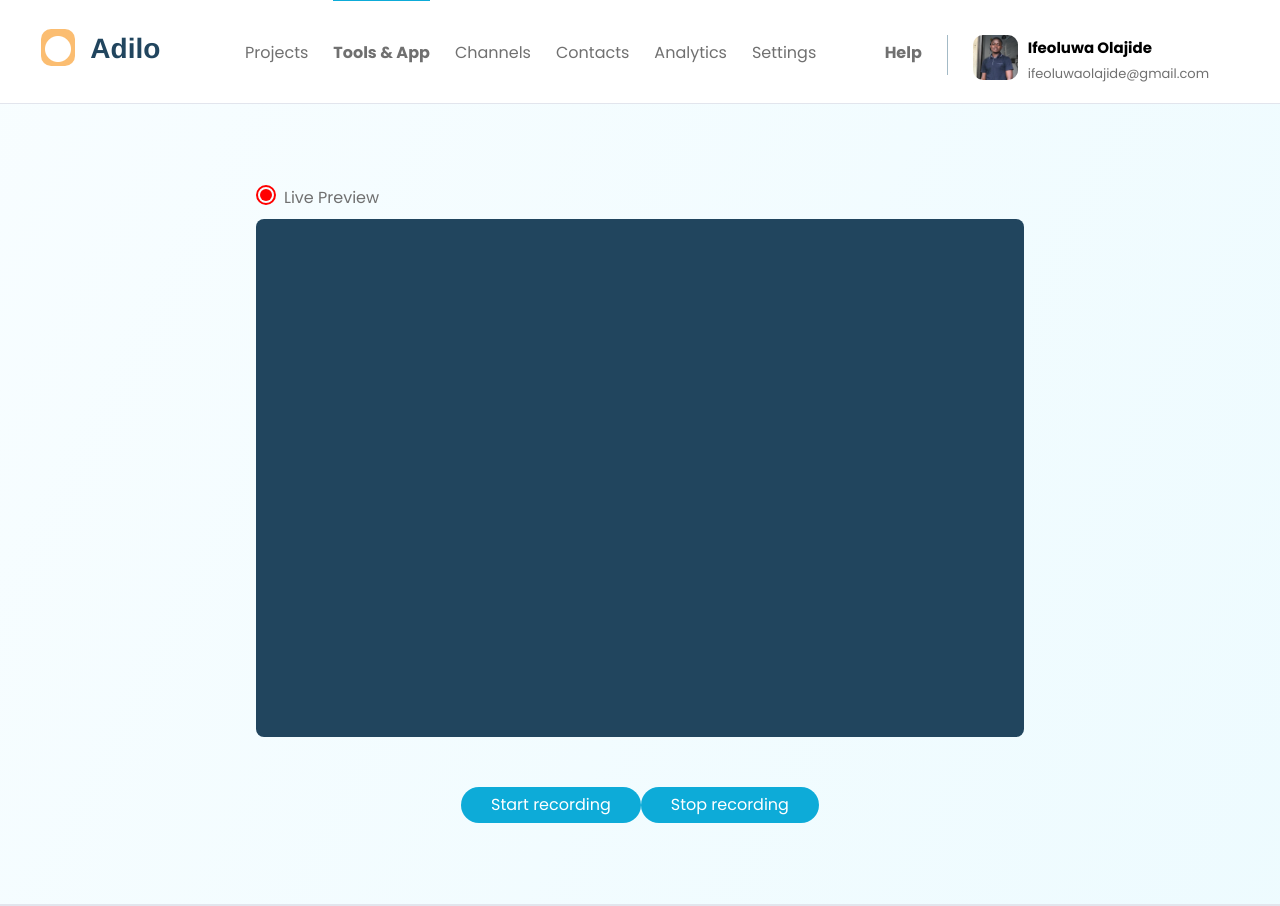
Repository: olhighjay/video_recorder
Page: /
These files come from the project's save history. The page is drawn as it stood at one moment and after the next save; the edit follows.
The browser window is 1280 px wide. The pictures show the whole page.
The page's requests for data from a server got no answer. Some web libraries are served in a nearby version. The project was rebuilt for these pictures with package versions that can differ from the ones it lists, and the page was loaded fresh each time. No one was signed in, and anything a server would have sent is missing. Also part of the build but not shown: vue.config.js, src/components/DataTable.vue, src/components/EmptyRecorded.vue.

Above is the page before, as saved 2022-07-29 16:56:41.

### public/index.html
<!DOCTYPE html>
<html lang="">
  <head>
    <meta charset="utf-8">
    <meta http-equiv="X-UA-Compatible" content="IE=edge">
    <meta name="viewport" content="width=device-width,initial-scale=1.0">
    <link rel="icon" href="<%= BASE_URL %>favicon.ico">
    <title><%= htmlWebpackPlugin.options.title %></title>
    <link rel="stylesheet" href="https://cdn.jsdelivr.net/npm/bootstrap@4.0.0/dist/css/bootstrap.min.css" integrity="sha384-Gn5384xqQ1aoWXA+058RXPxPg6fy4IWvTNh0E263XmFcJlSAwiGgFAW/dAiS6JXm" crossorigin="anonymous">
    <link rel="stylesheet" href="https://cdnjs.cloudflare.com/ajax/libs/font-awesome/6.1.2/css/all.min.css" integrity="sha512-1sCRPdkRXhBV2PBLUdRb4tMg1w2YPf37qatUFeS7zlBy7jJI8Lf4VHwWfZZfpXtYSLy85pkm9GaYVYMfw5BC1A==" crossorigin="anonymous" referrerpolicy="no-referrer" />
  </head>
  <body>
    <noscript>
      <strong>We're sorry but <%= htmlWebpackPlugin.options.title %> doesn't work properly without JavaScript enabled. Please enable it to continue.</strong>
    </noscript>
    <div id="app"></div>
    <!-- built files will be auto injected -->

    <script src="https://cdnjs.cloudflare.com/ajax/libs/font-awesome/6.1.2/js/all.min.js" integrity="sha512-8pHNiqTlsrRjVD4A/3va++W1sMbUHwWxxRPWNyVlql3T+Hgfd81Qc6FC5WMXDC+tSauxxzp1tgiAvSKFu1qIlA==" crossorigin="anonymous" referrerpolicy="no-referrer"></script>
    <script src="https://code.jquery.com/jquery-3.2.1.slim.min.js" integrity="sha384-KJ3o2DKtIkvYIK3UENzmM7KCkRr/rE9/Qpg6aAZGJwFDMVNA/GpGFF93hXpG5KkN" crossorigin="anonymous"></script>
    <script src="https://cdn.jsdelivr.net/npm/popper.js@1.12.9/dist/umd/popper.min.js" integrity="sha384-ApNbgh9B+Y1QKtv3Rn7W3mgPxhU9K/ScQsAP7hUibX39j7fakFPskvXusvfa0b4Q" crossorigin="anonymous"></script>
    <script src="https://cdn.jsdelivr.net/npm/bootstrap@4.0.0/dist/js/bootstrap.min.js" integrity="sha384-JZR6Spejh4U02d8jOt6vLEHfe/JQGiRRSQQxSfFWpi1MquVdAyjUar5+76PVCmYl" crossorigin="anonymous"></script>
  </body>
</html>

### src/App.vue
<template>
  <div>
    <navbar></navbar>
    <div id="main-flex">
      <div v-if="false" class="my-sidebar">
        <ul class="my-sidebar-items">
            <li class="sidebar-item-active"> <img src="./assets/video-player.png" alt=""> &nbsp; My Recordings</li>
            <li> <i class="fa fa-share-alt" style="color:#102346"></i> &nbsp; Requested</li>
        </ul>
      </div>
      <div v-if="false" class="my-main">
        <div class="my-main-container">
          <div><small class="breadcrumbs">Snapbyte <i class="fa fa-angle-right" style="font-weight:200"></i> My Recordings</small></div>
          <div class="subheading-tab">
            <div> <span class="my-recordings">My Recordings </span><span class="my-recordings-count">25</span> </div>
            <div>
              <button class="sub-heading-btn white-btn">
                <i class="fa fa-long-arrow-down" aria-hidden="true"></i>
                <i class="fa fa-long-arrow-up" aria-hidden="true"></i>
                By Date
              </button>
              <button class="sub-heading-btn white-btn">
                <i class="fa-solid fa-filter"></i>
                Add Filter
              </button>
              <button class="sub-heading-btn blue-btn">
                <i class="fa fa-video"></i>
                New Request
              </button>
              <button class="sub-heading-btn red-btn">
                <span class="rec">REC</span>
                Start Recording
              </button>
            </div>
          </div>

          <empty-recorded></empty-recorded>

          <data-table v-if="true"></data-table>
          <!-- Button trigger modal -->
<button type="button" class="btn btn-primary" data-toggle="modal" data-target="#recordOptions">
Launch demo modal
</button>

<!-- Modal -->
<div class="modal fade" id="recordOptions" tabindex="-1" role="dialog" aria-labelledby="recordOptions" aria-hidden="true">
<div class="modal-dialog modal-dialog-centered" role="document">
  <div class="modal-content">
    <div class="modal-header">
      <h5 class="my-modal-title">New Recording</h5>
      <button type="button" class="close" data-dismiss="modal" aria-label="Close">
        <span aria-hidden="true"><i class="fa fa-xmark"></i></span>
      </button>
    </div>
    <div class="modal-body">
      <p class="save-in">Save the recording in</p>
      <div>
        <select class="save-option">
          <Option value="" key="">Select a project</Option>
          <Option value="" key="">Project 1</Option>
          <Option value="" key="">Project 2</Option>
          <Option value="" key="">Project 3</Option>
          <Option value="" key="">Project 4</Option>
        </select>
      </div>
      <div style="margin-top: 35px;">
        <div class="record">
          <div class="record-name">Record screen</div>
          <div class="record-switch">
            <label class="switch">
              <input type="checkbox">
              <span class="slider round"></span>
            </label>
          </div>
        </div>
        <div class="record">
          <div class="record-name">Record camera</div>
          <div class="record-switch">
            <label class="switch">
              <input type="checkbox">
              <span class="slider round"></span>
            </label>
          </div>
        </div>
        <div class="record">
          <div class="record-name">Record mic</div>
          <div class="record-switch">
            <label class="switch">
              <input type="checkbox">
              <span class="slider round"></span>
            </label>
          </div>
        </div>
      </div>
    </div>
    <div class="text-center">
      <button type="button" class="start-recording-btn">Start Recording</button>
    </div>
  </div>
</div>
</div>
        </div>
      </div>
    </div>
    <div class="record-page">
      <div class="view-frame-wrapper">
        <div class="d-flex mb-2">
          <div class="live-icon-wrapper">
            <div class="live-icon" ></div>
          </div>
          <div class="ml-2">Live Preview</div>
        </div>
        <div class="view-frame">
          <div v-if="myPermissionAccepted" style="height:100%">
            <video v-show="!recorded" controls muted id="my-video-feedback" class=" bg-black w-full h-auto"></video>
            <video v-show="recorded" id="my-recorded-video" controls class="recorded-video bg-black w-full h-auto"></video>
          </div>
        </div>
        <div class="text-center start-recording-wrapper">
          <button @click="startScreenRecording" class="start-recording">Start recording</button>
          <!-- <button @click="stopAndSaveRecordingCamVideo(mediaVideoRec)" class="start-recording">Stop recording</button> -->
          <button @click="stopScreenRecording()" class="start-recording">Stop recording</button>
        </div>
      </div>
    </div>
  </div>
</template>

<script>
// import HelloWorld from './components/HelloWorld.vue'
import Navbar from './layouts/Navbar.vue'
import DataTable from '@/components/DataTable'
import EmptyRecorded from '@/components/EmptyRecorded'

export default {
  name: 'App',
  components: {
    Navbar,
    DataTable,
    EmptyRecorded
  },
  data() {
    return {
      recorded: false,
      myPermissionAccepted: false,
      myStream: null,
      mediaVideoRec: null,

      stream: null,
      audio: null,
      mixedStream: null,
      chunks: [],
      recorder: null,
      recordedVideo: null,
    }
  },
  methods: {
    async startCamVideo() {
      let vidRecordOptions = {
          audio: {
              echoCancellation: true,
              noiseSuppression: true,
          },
          video: {
              facingMode: "user",
          }
      };
      let mediaStreamObj = null;

      try{
      // // Request access to use the mic and video
       mediaStreamObj = await navigator.mediaDevices.getUserMedia(vidRecordOptions)
      // // navigator.mediaDevices.getDisplayMedia(vidRecordOptions)

        await this.updatePermit();
      //     //connect the media stream to the first video element
          let myVideo = document.getElementById('my-video-feedback');
      //     // create a video url from the callback response object
          if ("srcObject" in myVideo) {
              myVideo.srcObject = mediaStreamObj;
          } else {
              //old version
              myVideo.src = window.URL.createObjectURL(mediaStreamObj);
          }
      //     //show in the video element what is being captured by device's camera
          myVideo.onloadedmetadata = function(ev) {
            ev;
              // automatically start playing what is being captured by device's camera
              myVideo.play();
          };
          await this.updateMyStream(mediaStreamObj);

      //     //add listeners for saving video/audio
      //     let start = document.getElementById('btnStart');
      //     let stop = document.getElementById('btnStop');

          // }, 8000);
      }
      catch(err) {
        err;
        // this.myPermissionAccepted=false;
      }
      console.log('i am'+this.myPermissionAccepted);
    },
    updatePermit(){
      console.log('believe');
      this.myPermissionAccepted = true;
    },
    async updateMyStream(mStream) {
      console.log(mStream);
      this.myStream = await mStream;
    },
    recordCamVideo() {
      // let vidSave = document.getElementById('my-recorded-video');
      console.log(this.recorded);
      // console.log(vidSave);
      //     // Initiate video recording
          let mediaRecorder = new MediaRecorder(this.myStream);
          // let chunks = [];
          this.mediaVideoRec = mediaRecorder;
          mediaRecorder.start();
          setTimeout(() => {
          //   mediaRecorder.stop();
          //   mediaRecorder.ondataavailable = function(ev) {
          //     chunks.push(ev.data);
          //   };
          //   mediaRecorder.onstop = (ev)=>{
          //       ev
          //       let blob = new Blob(chunks, { 'type' : 'video/mp4;' });
          //       chunks = [];
          //       let videoURL = window.URL.createObjectURL(blob);
          //       vidSave.src = videoURL;
          //   }
          // this.recorded = true;
          }, 8000);
    },
    async stopAndSaveRecordingCamVideo(vidRecorder) {
      let vidSave = document.getElementById('my-recorded-video');
      let chunks = [];
      await vidRecorder.stop();
      vidRecorder.ondataavailable = await function(ev) {
        chunks.push(ev.data);
      };
      vidRecorder.onstop = (ev)=>{
          ev
          let blob = new Blob(chunks, { 'type' : 'video/mp4;' });
          chunks = [];
          let videoURL = window.URL.createObjectURL(blob);
          vidSave.src = videoURL;
      }
      this.recorded = true;
    },
    async startScreenRecording() {
      // this.recorded = true;
      this.recordedVideo = document.getElementById('my-recorded-video');
      console.log(this.recordedVideo);
      await this.setupStream();
      let mixedStream;
      if(this.stream) {
        if (this.stream && this.audio) {
          mixedStream = new MediaStream([...this.stream.getTracks(), ...this.audio.getTracks()]);
        } else {
          mixedStream = new MediaStream(this.stream.getTracks());
        }
        this.recorder = await new MediaRecorder(mixedStream);
        this.recorder.ondataavailable = this.handleDataAvailable;
        this.recorder.onstop = this.handleStop;
        await this.recorder.start(1000);

        // startButton.disabled = true;
        // stopButton.disabled = false;
      } else {
        console.warn('No stream available.');
      }
    },
    async setupStream () {
      try {
        this.stream = await navigator.mediaDevices.getDisplayMedia({
          video: { mediaSource: "screen" },
        });

        this.audio = await navigator.mediaDevices.getUserMedia({
          audio: {
            echoCancellation: true,
            noiseSuppression: true,
            sampleRate: 44100,
          },
        });

      } catch (err) {
        console.error(err)
      }
    },
    async handleDataAvailable (e) {
      await this.chunks.push(e.data);
    },
    async handleStop (e) {
      e;
      const blob = new Blob(this.chunks, { 'type' : 'video/mp4' });
      this.chunks = [];

      // downloadButton.href = URL.createObjectURL(blob);
      // downloadButton.download = 'video.mp4';
      // downloadButton.disabled = false;

      this.recordedVideo.src = URL.createObjectURL(blob);
      this.recordedVideo.load();
      this.recordedVideo.onloadeddata = function() {
        // const rc = document.querySelector(".recorded-video-wrap");
        // rc.classList.remove("hidden");
        // rc.scrollIntoView({ behavior: "smooth", block: "start" });

        this.recordedVideo.play();
      }

      this.stream.getTracks().forEach((track) => track.stop());
      this.audio.getTracks().forEach((track) => track.stop());

      console.log('Recording stopped');
    },
    async stopScreenRecording () {
      console.log('done');
      await this.recorder.stop();
      this.recorded = true;
      console.log(this.recordedVideo);
      console.log(this.recorder);

      // startButton.disabled = false;
      // stopButton.disabled = true;
    }

  },
  created() {
    // window.removeEventListener('onload',this.recordVideo)
    this.startCamVideo();
  }
}
</script>


<style>
 @import url('https://fonts.googleapis.com/css2?family=Poppins:wght@400;500;700&display=swap');

#main-flex {
  display: flex;
  width: 100%;
}

.record-page {
  background: transparent linear-gradient(117deg, #0dacd85d 0%, #eafaff5d 0%, #d3f5fe65 100%) 0% 0% no-repeat padding-box;
  width: 100%;
  padding: 81px 20%;
}
.view-frame-wrapper {
  margin: 0 auto;
  max-width: 965px;
}
.view-frame {
  height: 518px;
  background: #21455E 0% 0% no-repeat padding-box;
  border-radius: 8px;
}
.live-icon-wrapper {
  border: 2px solid red;
  border-radius: 50%;
  height:20px;
  width:20px;
}
.live-icon {
  background-color:red;
  border-radius: 50%;
  height:12px;
  width:12px;
  margin: 10% auto;
}
.start-recording-wrapper {
  margin-top: 50px;
}
.start-recording {
  padding: 5px 30px;
  background: #0DABD8 0% 0% no-repeat padding-box;
  border-radius: 32px;
  border: none;
  color: #fff;
}



.my-sidebar {
  flex: 0 0 240px;
  /* width: 20%; */
  /* height: 100%; */
  background-color: #ebf2f656;
  border-right: 2px solid #21455e54;
  /* border-right: 2px solid #21455E; */
  /* width:250px; */
}
.my-sidebar-items {
  list-style: none;
  padding: 20px 0;
}
.my-sidebar-items>li {
  margin : 10px 12px 10px 18px;
  padding: 7px 20px ;
}
.sidebar-item-active {
  background-color: #E2E5ED;
  border: 2px solid #0DABD838;
  border-radius: 10px;
}





.my-main {
  flex: 1;
  flex-wrap: wrap;
}
.my-main-container {
  padding: 1.5% 8.5%;
}
.subheading-tab {
  display: flex;
  justify-content: space-between;
}
.sub-heading-btn {
  padding: 3px 15px;
  border-radius: 20px;
  margin-left: 15px;
  font-size: 14px;
}
.white-btn {
  border: 1px solid #E2E5ED;
  background-color: white;
  color: #637C8E;
}
.blue-btn {
  border: none;
  background-color: #0DABD8;
  color: #fff;
}
.red-btn {
  border: none;
  background-color: #EF5350;
  color: #fff;
}
.my-recordings, .my-recordings-count {
  font-size: 24px;
  color: #000
}
.my-recordings {
  color: #000
}
.my-recordings-count {
  color: #637C8E;
  font-weight: 600;
}
.breadcrumbs {
  color:#637C8E;
}
.rec {
  color:#000;
  background-color:#fff;
  border-radius:50%;
  padding:3px 1px;
  font-size:10px;
}



.save-option {
  width:100%;
  background: #F8FAFB 0% 0% no-repeat padding-box;
  border: 1px solid #E2E5ED;
  border-radius: 8px;
  padding:8px 20px;
}
.modal-dialog {
  max-width: 400px !important;
}
.modal-content {
  padding-bottom: 30px !important;
}
.modal-body {
  padding:30px !important;
}
.my-modal-title {
  color:#000;
  font-size: 22px;
  padding-left: 14px;
}
.record {
  margin-top: 15px;
  display: flex;
  justify-content: space-between;
}
.record-name {
  color: #21455E;
  font-size: 18px;
}
.save-in {
  color:black;
  font-size:16px;
}
.start-recording-btn {
  background: #0DABD8 0% 0% no-repeat padding-box;
  border-radius: 28px;
  font-size:18px;
  padding:5px 55px;
  border: none;
  color:#fff;
}


.switch {
  position: relative;
  top: 10px;
  display: inline-block;
  width: 50px;
  height: 13px;
}

.switch input {
  opacity: 0;
  width: 0;
  height: 0;
}

.slider {
  position: absolute;
  cursor: pointer;
  top: -10px;
  left: 0;
  right: 0;
  bottom: 0;
  background-color: #ccc;
  -webkit-transition: .4s;
  transition: .4s;
}

.slider:before {
  position: absolute;
  content: "";
  height: 15px;
  width: 15px;
  left: 4px;
  bottom: 4px;
  background-color: white;
  -webkit-transition: .4s;
  transition: .4s;
}

input:checked + .slider {
  background-color: #1bd85a;
}

input:focus + .slider {
  box-shadow: 0 0 1px #1bd85a;
}

input:checked + .slider:before {
  -webkit-transform: translateX(26px);
  -ms-transform: translateX(26px);
  transform: translateX(26px);
}

/* Rounded sliders */
.slider.round {
  border-radius: 34px;
}

.slider.round:before {
  border-radius: 50%;
}


button:hover {
  cursor: pointer;
}
#app {
  font-family: Avenir, Helvetica, Arial, sans-serif;
  font: normal normal normal 14px/26px Poppins;
  -webkit-font-smoothing: antialiased;
  -moz-osx-font-smoothing: grayscale;
   /* text-align: center; */
   font-size: 16px;
  color: #707070;
  border-bottom: solid 2px #E2E5ED;
  overflow: hidden;
  /* margin-top: 60px;  */
}

#my-video-feedback::-webkit-media-controls-volume-slider {
        display: none;
}
#my-video-feedback::-webkit-media-controls-mute-button {
        display: none;
}
#my-video-feedback, #my-recorded-video {
  width:100%;
  height:100%;
}


</style>

### src/layouts/Navbar.vue
<template>
    <nav class="">
      <div class="nav-logo-area">
        <div class="nav-logo-area-inner">
          <div class="white-logo-wrap">
            <span class="white-logo-bkg">
            <img alt="Adilo logo" src="../assets/swarm.png">
            </span>
          </div>
          <div class="adilo">Adilo</div>
        </div>
      </div>
      <div class="nav-tab">
        <ul class="my-nav-list">
          <li><a>Projects</a></li>
          <li class="active-nav-item"> <a>Tools & App</a></li>
          <li><a>Channels</a></li>
          <li><a>Contacts</a></li>
          <li><a>Analytics</a></li>
          <li><a>Settings</a></li>
        </ul>
      </div>
      <div class="nav-profile">
        <ul class="my-nav-list">
          <li><a><b>Help</b></a></li>
        </ul>
        <div class="profile-info">
          <div class="profile-border"></div>
          <div >
            <img alt="Profile Image" src="../assets/profile.jpg" class="profile-img">
          </div>
          <div style="margin-left:10px">
            <span class="profile-name">Ifeoluwa Olajide </span>
            <p class="profile-email">ifeoluwaolajide@gmail.com</p>
          </div>
        </div>
      </div>
    </nav>
</template>
<script>
export default {
    name: 'NavbarComponent'
}
</script>
<style>
     nav {
    display: flex;
    /* height: 69px; */
    padding: 0 0.032%;
    border-bottom: solid 1px #E2E5ED;
  }

  .nav-logo-area {
    flex: 0 0 16%;
    padding-left: 3.2%;
    padding-top: 19px;
    padding-bottom: 27px;
  }
  .nav-logo-area-inner {
    display: flex;
  }
  .nav-tab {
    flex: 0 0 50%;
  }
  .nav-profile {
    flex: 0 0 34%;
    display: flex;
  }
  .my-nav-list {
    list-style: none;
    padding-top: 40px;
  }
  .my-nav-list>li {
    display: inline;
    margin-right: 25px;
    padding-top: 40px;
  }
  .my-nav-list>li>a {
    text-align: left;
    /* font: normal normal normal 18px/27px Poppins; */
    letter-spacing: 0px;
    color: #707070;
    opacity: 1
  }
  .white-logo-wrap {
    padding-top:16px;
  }
  .white-logo-bkg {
    background-color:#FBBD71;
    padding:7px 4px;
    border-radius:10px;
  }
  .adilo {
    font: normal normal bold 28px/32px Helvetica;
    font-size:28px;
    margin-left:15px;
    font-weight:bold;
    color:#21455E;
    padding-top:14px;
  }
  .profile-info {
    padding-top:35px;
    display:flex;
  }
  .active-nav-item {
    border-top: 6px solid #0DABD8;
    font-weight: 600;
  }
  .profile-border {
    border-left: 1px solid #A3BAC6;
    padding-left:25px;
    height:40px;
  }
  .profile-img {
    width:45px; height: 45px;
    border-radius:10px;
  }
  .profile-name {
    font-weight:bold;
    font-size:15px;
    color:black;
  }
  .profile-email {
    font-size:13px;
  }
</style>

Loaded but not shown: src/main.js (common file)

After the next save:
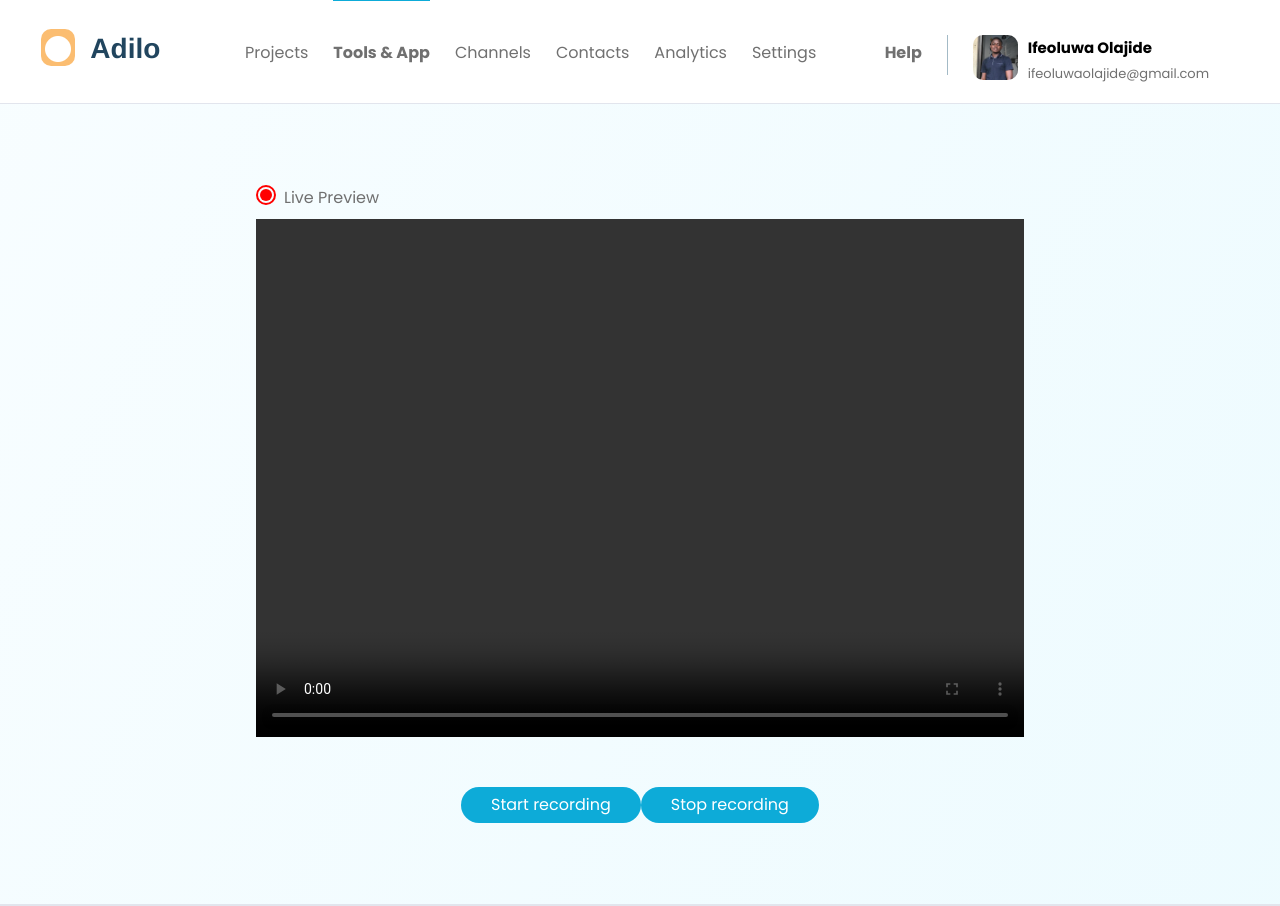
Saved 7 min 8 s later.
--- a/src/App.vue
+++ b/src/App.vue
@@ -111,7 +111,8 @@ Launch demo modal
           <div class="ml-2">Live Preview</div>
         </div>
         <div class="view-frame">
-          <div v-if="myPermissionAccepted" style="height:100%">
+          <!-- <div v-if="myPermissionAccepted" style="height:100%"> -->
+          <div v-if="true" style="height:100%">
             <video v-show="!recorded" controls muted id="my-video-feedback" class=" bg-black w-full h-auto"></video>
             <video v-show="recorded" id="my-recorded-video" controls class="recorded-video bg-black w-full h-auto"></video>
           </div>
